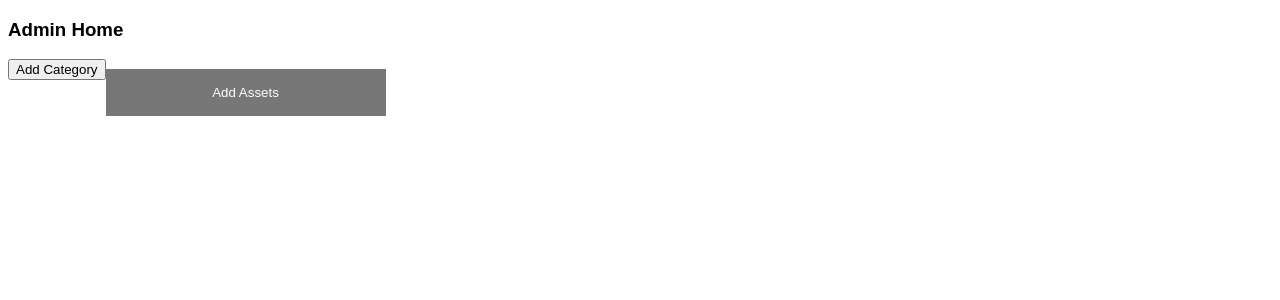
Repository: DhruvKaushal/CodeFury_404Found
Page: http://localhost/e-assets/adminhome.jsp
These files come from the project's save history. The page is drawn as it stood at one moment and after the next save; the edit follows.
The browser window is 1280 px wide. The pictures show the whole page.
The page is served by Tomcat 9.

Above is the page before, as saved 2020-10-05 09:51:19.

After the next save:
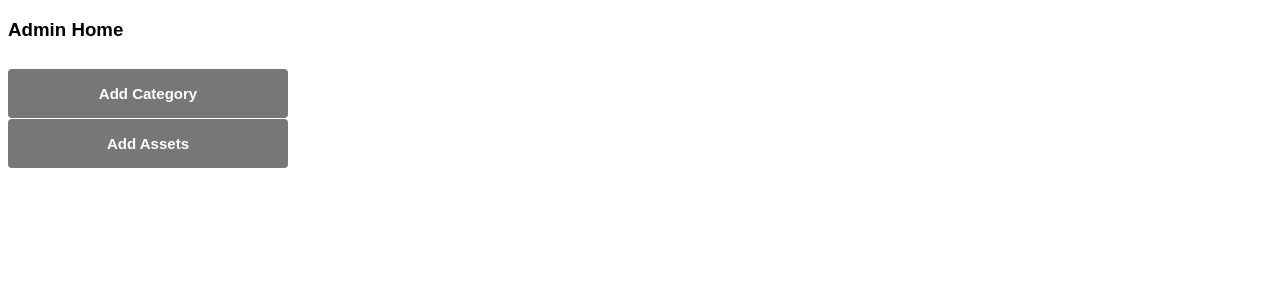
Saved 38 s later.
--- a/Aditya's New/E-Assets-Management/e-assets/WebContent/addassets.css
+++ b/Aditya's New/E-Assets-Management/e-assets/WebContent/addassets.css
@@ -6,13 +6,32 @@ body {font-family: Arial, Helvetica, sans-serif;}
   background-color: #555;
   color: white;
   padding: 16px 20px;
+  border-radius: 4px;
+  border: none;
+  cursor: pointer;
+  opacity: 0.8;
+  position: fixed;
+  width: 280px;
+  margin-top: 60px;
+  font-weight: bold;
+  font-size: 15px;
+  display: inline-block;
+}
+
+.open-type-button {
+  background-color: #555;
+  color: white;
+  padding: 16px 20px;
+  border-radius: 4px;
   border: none;
   cursor: pointer;
   opacity: 0.8;
   position: fixed;
   width: 280px;
   margin-top: 10px;
-display: inline-block;
+  font-weight: bold;
+  font-size: 15px;
+  display: inline-block;
 }
 
 
@@ -37,6 +56,7 @@ display: inline-block;
 	padding: 20px;
 	position: relative;
 }
+
 
 
 input{
@@ -66,7 +86,7 @@ input{
 }
 
 
-.btn:hover, .open-assets-button:hover {
+.btn:hover, .open-assets-button:hover, .open-type-button:hover {
   opacity: 1;
 }
 
